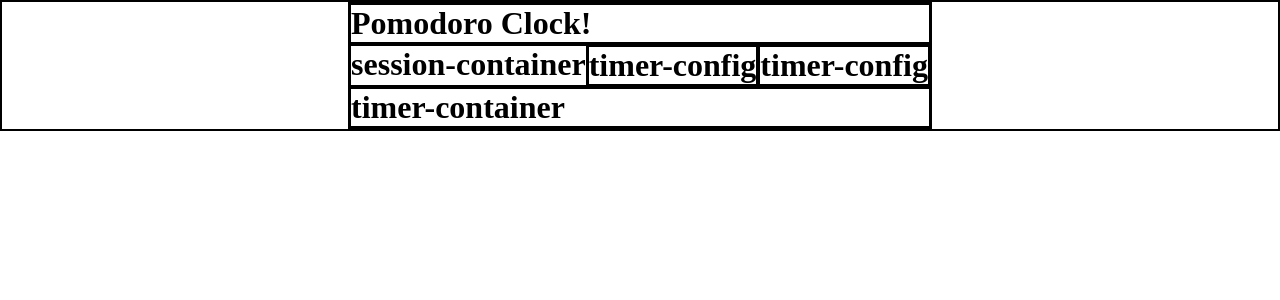
Repository: mcostigliola/pomodoroTimer
Page: index.html
The author's editor kept a copy of each file at every save. The page is drawn from the files as they stood at one save, then again after the next save.
The browser window is 1280 px wide. The pictures show the whole page.

Above is the page before, as saved 2020-05-21 19:42:23.
Not found: main.js

### index.html
<!DOCTYPE html>
<html>
<head>
  <meta charset='utf-8'>
  <meta http-equiv='X-UA-Compatible' content='IE=edge'>
  <title>Page Title</title>
  <meta name='viewport' content='width=device-width, initial-scale=1'>
  <link rel='stylesheet' type='text/css' media='screen' href='main.css'>
  <script src='main.js'></script>
</head>
<body>
  <div id="main-container">
    <div id="title-watch">
      <h1>Pomodoro Clock!</h1>
    </div>

    <div id="session-container">
      <h1>session-container</h1>
      <div class="timer-configurator">
        <h1>timer-config</h1>
      </div>
      <div class="timer-configurator">
        <h1>timer-config</h1>
      </div>
    </div>

    <div id="timer-container">
       <h1>timer-container</h1>
    </div>
  </div>
</body>
</html>

### main.css
*{
    border: 1px solid black;
    box-sizing: border-box;
    margin:0;
    padding:0;
}

body{
    display: flex;
    flex-flow: column;
}

#main-container{
    margin: auto;
}

#session-container{
    display: flex;
}

After the next save:
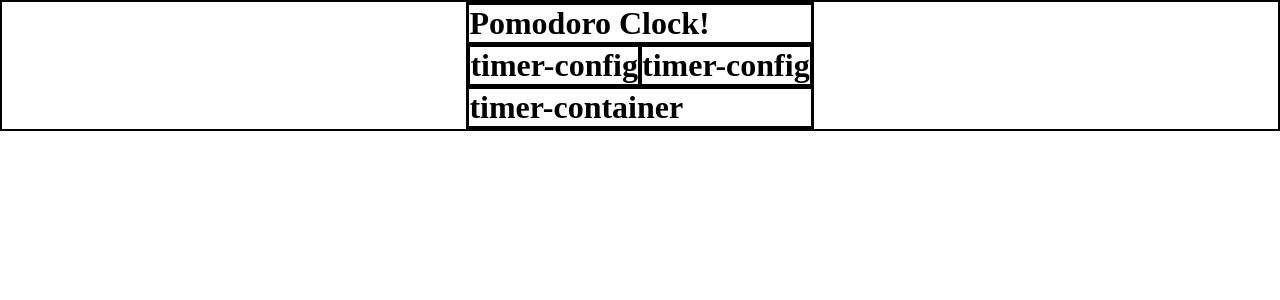
Saved 18 s later.
--- a/index.html
+++ b/index.html
@@ -15,7 +15,6 @@
     </div>
 
     <div id="session-container">
-      <h1>session-container</h1>
       <div class="timer-configurator">
         <h1>timer-config</h1>
       </div>
